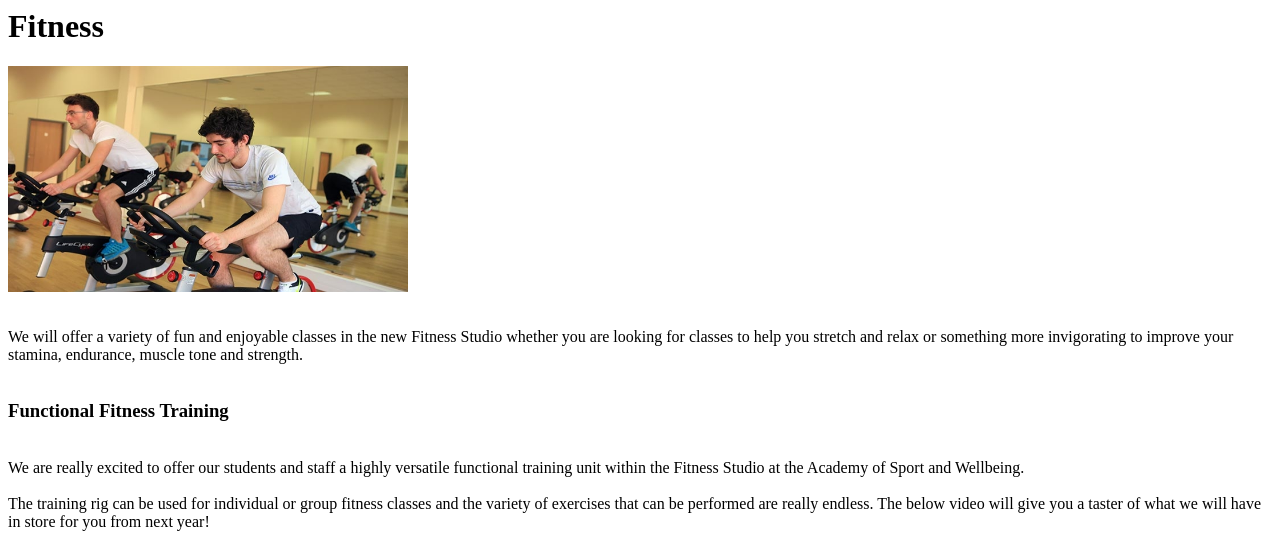
Repository: chrisbialy/academy
Page: http://localhost/View/fitness.php
The author's editor kept a record of every edit. The page is drawn from the files as they stood at one moment, then again after the next edit.
The browser window is 1280 px wide. The pictures show the part of the page from y = 0 to 549 px (the page is 1398 px tall before and 1567 px after).
Pictures or frames that could not be fetched are drawn as grey boxes. The page is run by PHP 8.4 with error messages shown; the project is at /var/www/html/.

Above is the page before.
Console error: ReferenceError: $ is not defined

After the next edit:
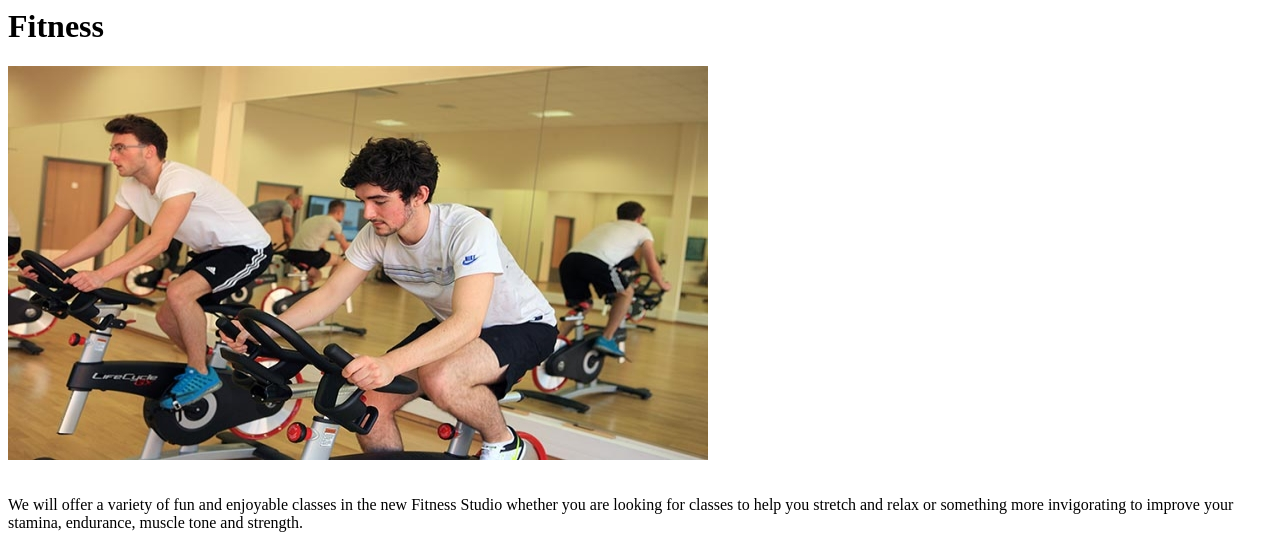
The edit:
--- a/View/fitness.php
+++ b/View/fitness.php
@@ -12,7 +12,7 @@
         <div class="col-md-10 col-md-offset-1">
             <div class="row">
                 <div class="col-lg-7">
-                    <img src="Images/fitness.jpg" style="width:400px;">
+                    <img src="Images/fitness.jpg" class="img-responsive">
                 </div>
                 <div class="col-lg-5">
                     </br></br>
